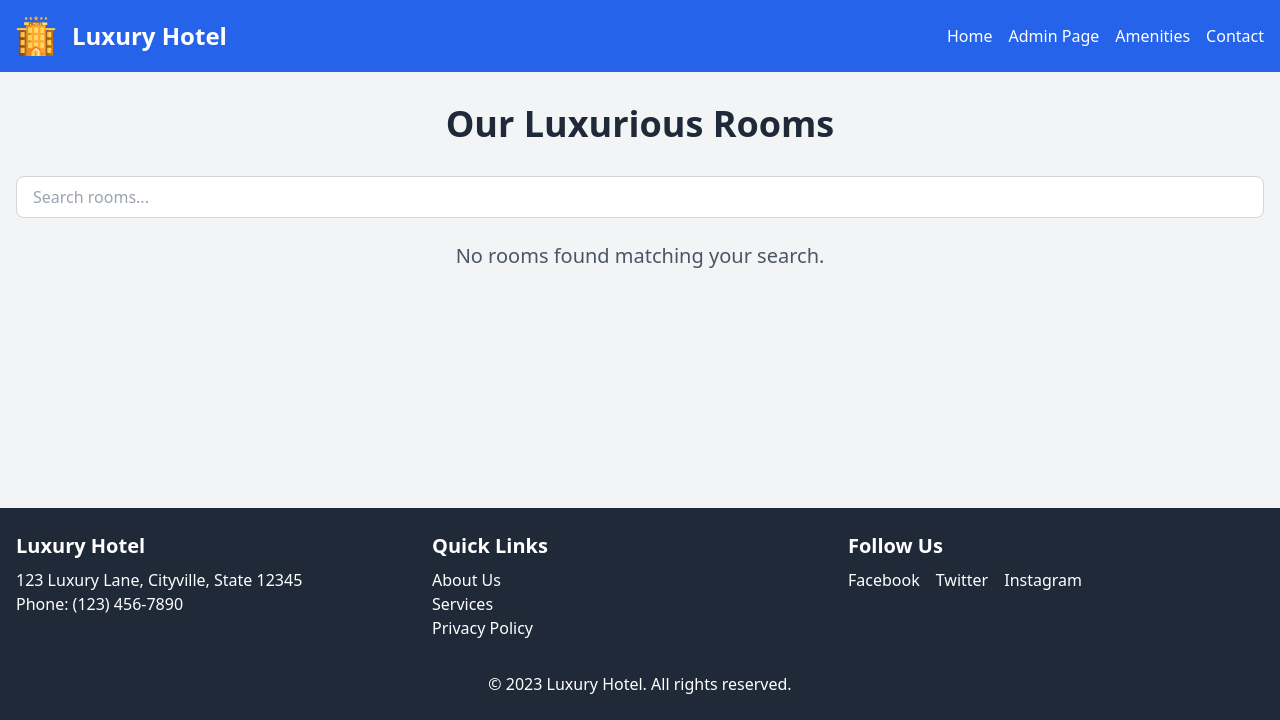
Repository: LeTiepTuyen/hw4_hotel_admin_letieptuyen
Page: index.html
An editor plug-in stored every save of this project. The page is shown before and after the next save, followed by the edit.
The browser window is 1280 px wide. The pictures show the whole page.
Some web libraries are served in a nearby version.

Above is the page before, as saved 2024-10-08 17:29:25.

After the next save:
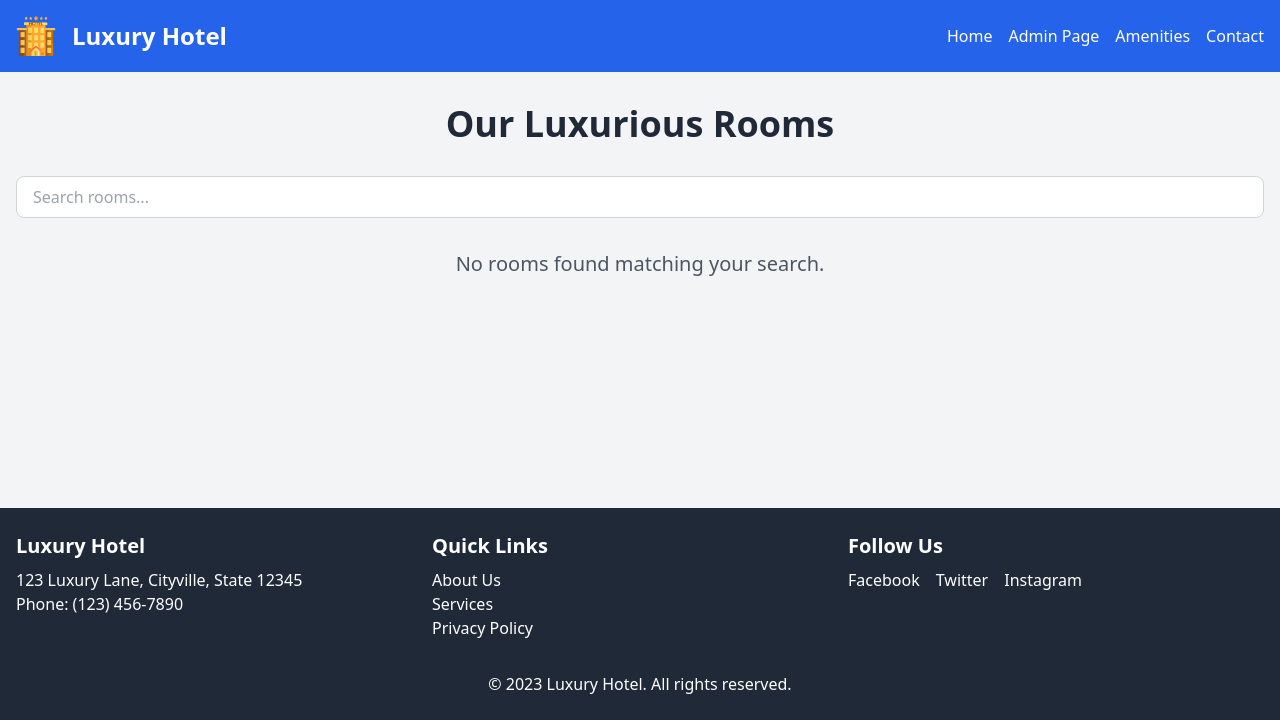
Saved 22 s later.
--- a/index.html
+++ b/index.html
@@ -29,7 +29,7 @@
         <h2 class="text-4xl font-bold text-center mb-8 text-gray-800">Our Luxurious Rooms</h2>
 
         <!-- Add search bar -->
-        <div class="mb-6">
+        <div class="mb-8">
           <input
             type="text"
             id="room-search"
